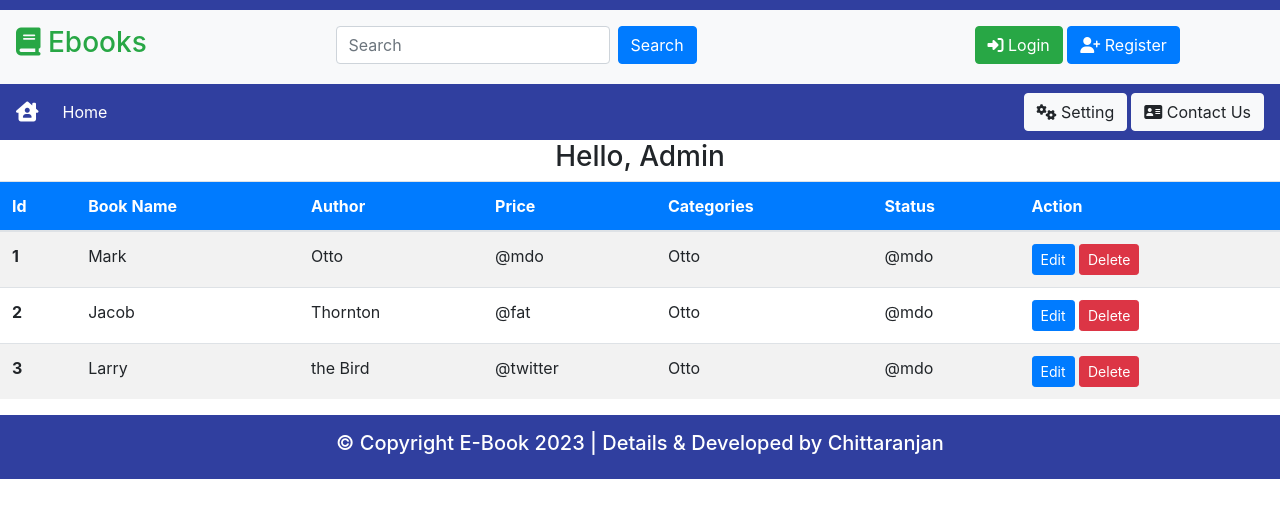
Repository: chittaranjan24/E-Books_Management_System
Page: http://localhost/Ebook-App/admin/all-books.jsp
An editor plug-in stored every save of this project. The page is shown before and after the next save, followed by the edit.
The browser window is 1280 px wide. The pictures show the whole page.
Some web libraries are served in a nearby version. The page is served by Tomcat 9. Other server files are loaded and not shown.

Above is the page before, as saved 2023-08-26 22:16:33.

### Ebook-App/src/main/webapp/admin/all-books.jsp
<%@ page language="java" contentType="text/html; charset=ISO-8859-1"
	pageEncoding="ISO-8859-1"%>
<!DOCTYPE html>
<html>
<head>
<meta charset="ISO-8859-1">
<title>Admin: All Books</title>
<%@include file="allCss.jsp"%>
</head>
<body>
	<%@include file="navbar.jsp"%>
	<h3 class="text-center">Hello, Admin</h3>

	<table class="table table-striped">
		<thead class="bg-primary text-white">
			<tr>
				<th scope="col">Id</th>
				<th scope="col">Book Name</th>
				<th scope="col">Author</th>
				<th scope="col">Price</th>
				<th scope="col">Categories</th>
				<th scope="col">Status</th>
				<th scope="col">Action</th>
			</tr>
		</thead>
		<tbody>
			<tr>
				<th scope="row">1</th>
				<td>Mark</td>
				<td>Otto</td>
				<td>@mdo</td>
				<td>Otto</td>
				<td>@mdo</td>
				<td>
				<a href="#" class="btn btn-sm btn-primary">Edit</a>
				<a href="#" class="btn btn-sm btn-danger">Delete</a>
				</td>
			</tr>
			<tr>
				<th scope="row">2</th>
				<td>Jacob</td>
				<td>Thornton</td>
				<td>@fat</td>
				<td>Otto</td>
				<td>@mdo</td>
				<td>
				<a href="#" class="btn btn-sm btn-primary">Edit</a>
				<a href="#" class="btn btn-sm btn-danger">Delete</a>
				</td>
			</tr>
			<tr>
				<th scope="row">3</th>
				<td>Larry</td>
				<td>the Bird</td>
				<td>@twitter</td>
				<td>Otto</td>
				<td>@mdo</td>
				<td>
				<a href="#" class="btn btn-sm btn-primary">Edit</a>
				<a href="#" class="btn btn-sm btn-danger">Delete</a>
				</td>
			</tr>
		</tbody>
	</table>

	<%@include file="footer.jsp"%>
</body>
</html>

### Ebook-App/src/main/webapp/admin/allCss.jsp
<link rel="stylesheet"
	href="https://cdn.jsdelivr.net/npm/bootstrap@4.0.0/dist/css/bootstrap.min.css"
	integrity="sha384-Gn5384xqQ1aoWXA+058RXPxPg6fy4IWvTNh0E263XmFcJlSAwiGgFAW/dAiS6JXm"
	crossorigin="anonymous">


<script src="https://code.jquery.com/jquery-3.2.1.slim.min.js"
	integrity="sha384-KJ3o2DKtIkvYIK3UENzmM7KCkRr/rE9/Qpg6aAZGJwFDMVNA/GpGFF93hXpG5KkN"
	crossorigin="anonymous"></script>
<script
	src="https://cdn.jsdelivr.net/npm/popper.js@1.12.9/dist/umd/popper.min.js"
	integrity="sha384-ApNbgh9B+Y1QKtv3Rn7W3mgPxhU9K/ScQsAP7hUibX39j7fakFPskvXusvfa0b4Q"
	crossorigin="anonymous"></script>
<script
	src="https://cdn.jsdelivr.net/npm/bootstrap@4.0.0/dist/js/bootstrap.min.js"
	integrity="sha384-JZR6Spejh4U02d8jOt6vLEHfe/JQGiRRSQQxSfFWpi1MquVdAyjUar5+76PVCmYl"
	crossorigin="anonymous"></script>


<link rel="stylesheet"
	href="https://cdnjs.cloudflare.com/ajax/libs/font-awesome/6.4.2/css/all.min.css"
	integrity="sha512-z3gLpd7yknf1YoNbCzqRKc4qyor8gaKU1qmn+CShxbuBusANI9QpRohGBreCFkKxLhei6S9CQXFEbbKuqLg0DA=="
	crossorigin="anonymous" referrerpolicy="no-referrer" />


<link rel="stylesheet" href="style.css">

### Ebook-App/src/main/webapp/admin/navbar.jsp

<div class="container-fluid"
	style="height: 10px; background-color: #303f9f"></div>

<div class="container-fluid p-3 bg-light">
	<div class="row">
		<div class="col-md-3 text-success">
			<h3>
				<i class="fa-solid fa-book"></i> Ebooks
			</h3>
		</div>
		<div class="col-md-6">
			<form class="form-inline my-2 my-lg-0">
				<input class="form-control mr-sm-2" type="search"
					placeholder="Search" aria-label="Search">
				<button class="btn btn-primary my-2 my-sm-0" type="submit">Search</button>
			</form>
		</div>

		<div class="col-md-3">
			<a href="login.jsp" class="btn btn-success"><i
				class="fa-solid fa-right-to-bracket"></i> Login</a> <a
				href="register.jsp" class="btn btn-primary text-white"><i
				class="fa-solid fa-user-plus"></i> Register</a>
		</div>

	</div>
</div>


<nav class="navbar navbar-expand-lg navbar-dark bg-custom">
	<a class="navbar-brand" href="#"> <i
		class="fa-solid fa-house-chimney-user"></i>
	</a>
	<button class="navbar-toggler" type="button" data-toggle="collapse"
		data-target="#navbarSupportedContent"
		aria-controls="navbarSupportedContent" aria-expanded="false"
		aria-label="Toggle navigation">
		<span class="navbar-toggler-icon"></span>
	</button>

	<div class="collapse navbar-collapse" id="navbarSupportedContent">
		<ul class="navbar-nav mr-auto">
			<li class="nav-item active"><a class="nav-link" href="home.jsp">Home
					<span class="sr-only">(current)</span>
			</a></li>

		</ul>
		<form class="form-inline my-2 my-lg-0">

			<button class="btn btn-light my-2 my-sm-0" type="submit">
				<i class="fa-solid fa-gears"></i> Setting
			</button>
			<button class="btn btn-light my-2 my-sm-0 ml-1" type="submit">
				<i class="fa-solid fa-address-card"></i> Contact Us
			</button>

		</form>
	</div>
</nav>

### Ebook-App/src/main/webapp/admin/footer.jsp
<div class="container-fluid text-center text-white p-3 mt-2"
	style="background-color: #303f9f;">
	<h5>&copy; Copyright E-Book 2023 | Details &amp; Developed by Chittaranjan</h5>
</div>

### Ebook-App/src/main/webapp/admin/style.css
.bg-custom{
	background-color: #303f9f;
}

.navbar .nav-item:hover .nav-link {
	background-color: white;
	color: #303f9f;
	border-radius: 15px;
}

After the next save:
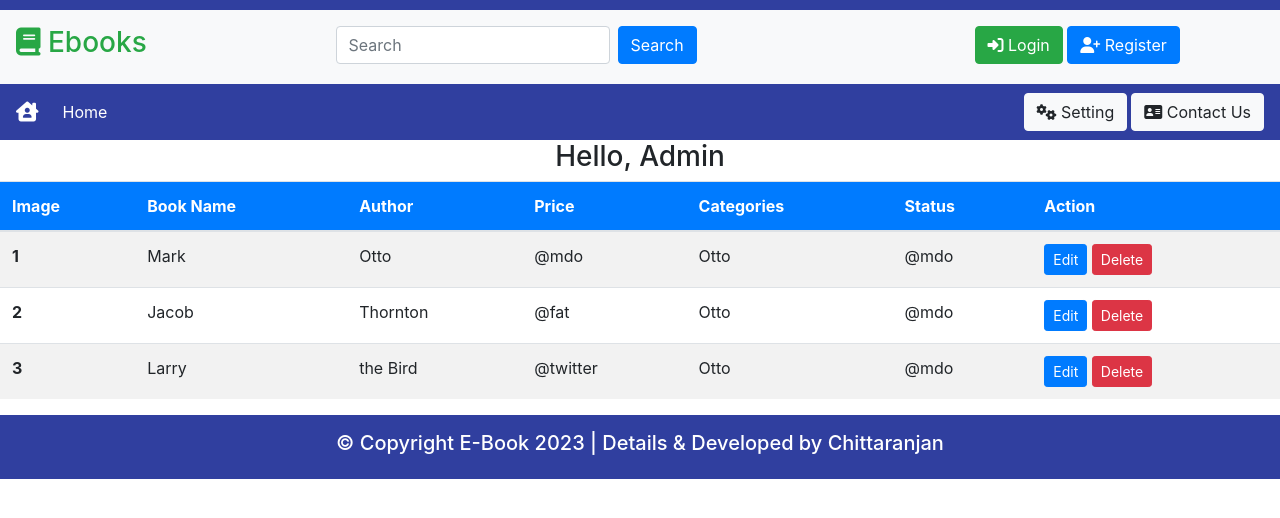
Saved 34 min 2 s later.
--- a/Ebook-App/src/main/webapp/admin/all-books.jsp
+++ b/Ebook-App/src/main/webapp/admin/all-books.jsp
@@ -14,7 +14,7 @@
 	<table class="table table-striped">
 		<thead class="bg-primary text-white">
 			<tr>
-				<th scope="col">Id</th>
+				<th scope="col">Image</th>
 				<th scope="col">Book Name</th>
 				<th scope="col">Author</th>
 				<th scope="col">Price</th>
